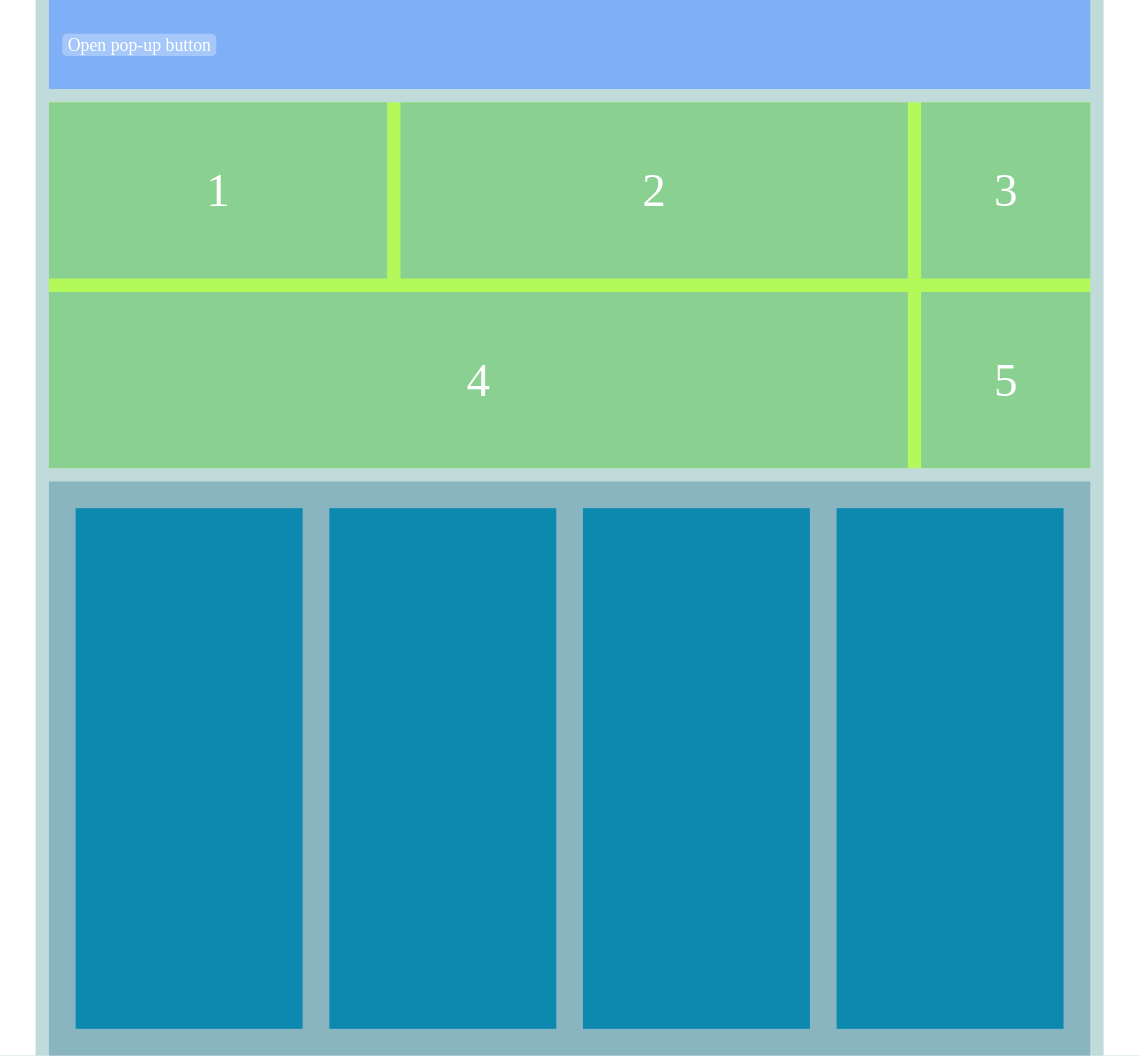
Repository: Evgenius190999999/nodasoft
Page: index.html
The author's editor kept a copy of each file at every save. The page is drawn from the files as they stood at one save, then again after the next save.
The browser window is 1280 px wide. The pictures show the whole page, at 89% of full size.
Some web libraries are served in a nearby version. The style sheet was rebuilt from its Sass, Less or Tailwind sources for each picture, by a compiler version that may differ from the author's.

Above is the page before, as saved 2022-07-08 18:33:16.

After the next save:
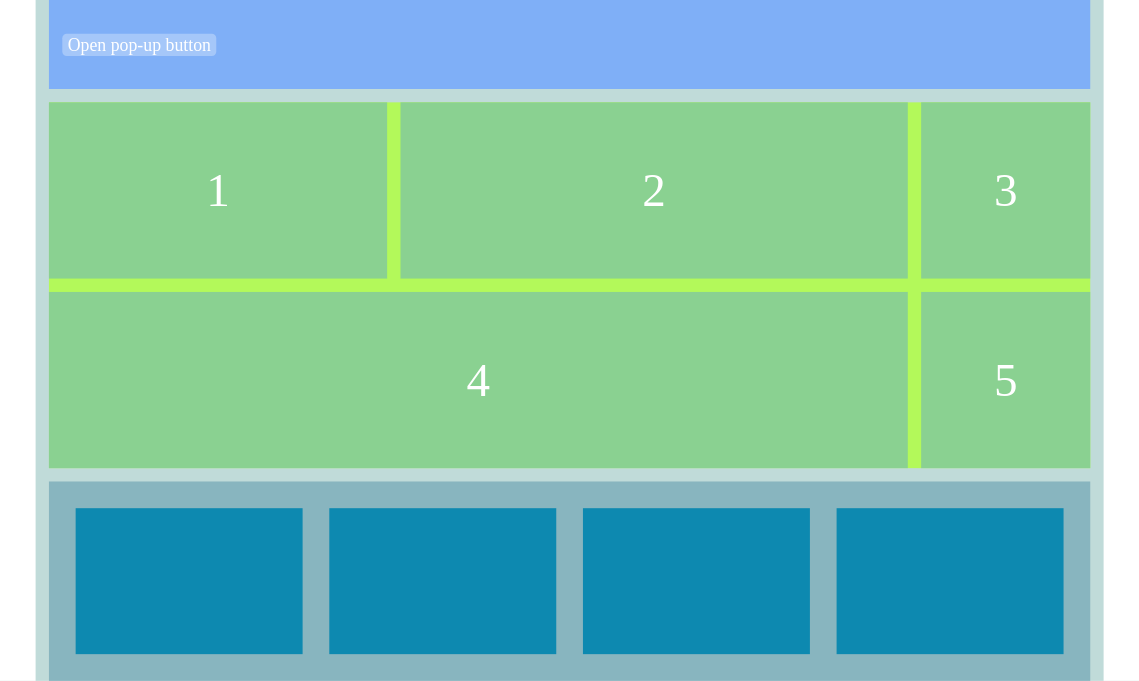
Saved 6 s later.
--- a/style/sass/style.sass
+++ b/style/sass/style.sass
@@ -59,7 +59,7 @@
     display: flex
     background: #88B5BF
     div
-        padding-top: 50%
+        padding-top: 14%
         background: #0D89B0
         margin: 30px 15px 30px 15px
         max-width: 255px
